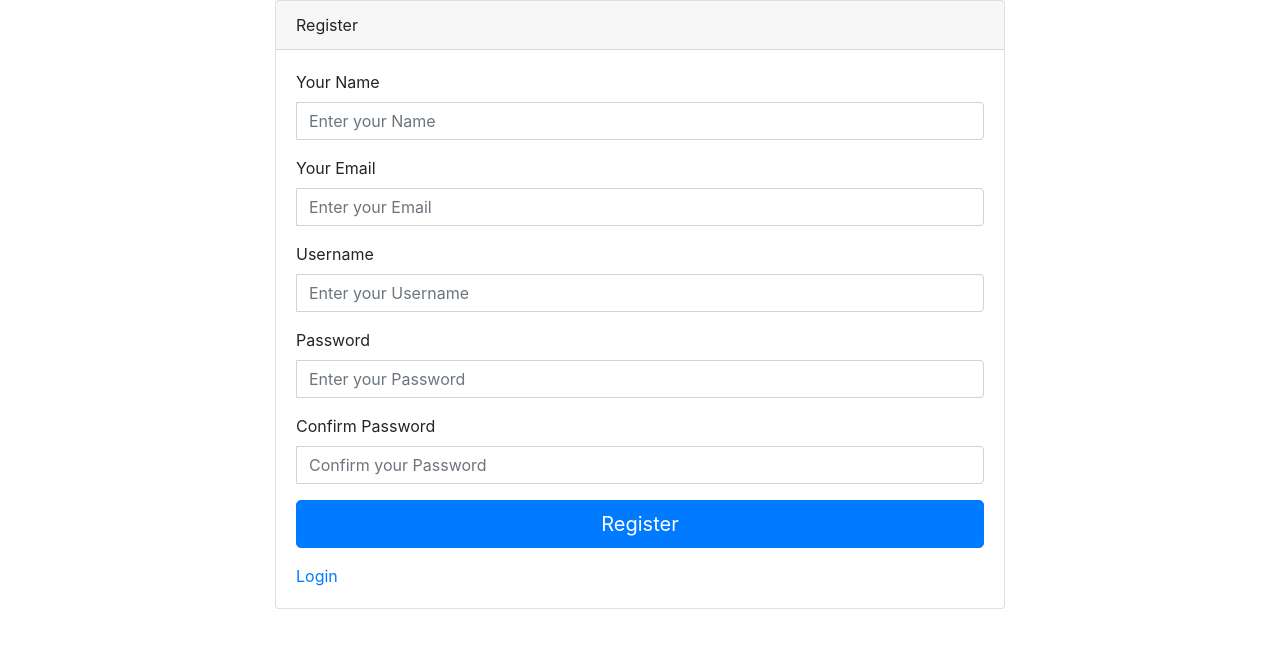
Repository: phamtailinh/webtintuc
Page: http://localhost/doicapdat/Dangky.jsp
An editor plug-in stored every save of this project. The page is shown before and after the next save, followed by the edit.
The browser window is 1280 px wide. The pictures show the whole page.
Some web libraries are served in a nearby version. The page is served by Tomcat 9.

Above is the page before, as saved 2022-01-07 08:19:35.
Console error: TypeError: Cannot read properties of undefined (reading 'fn')

After the next save:
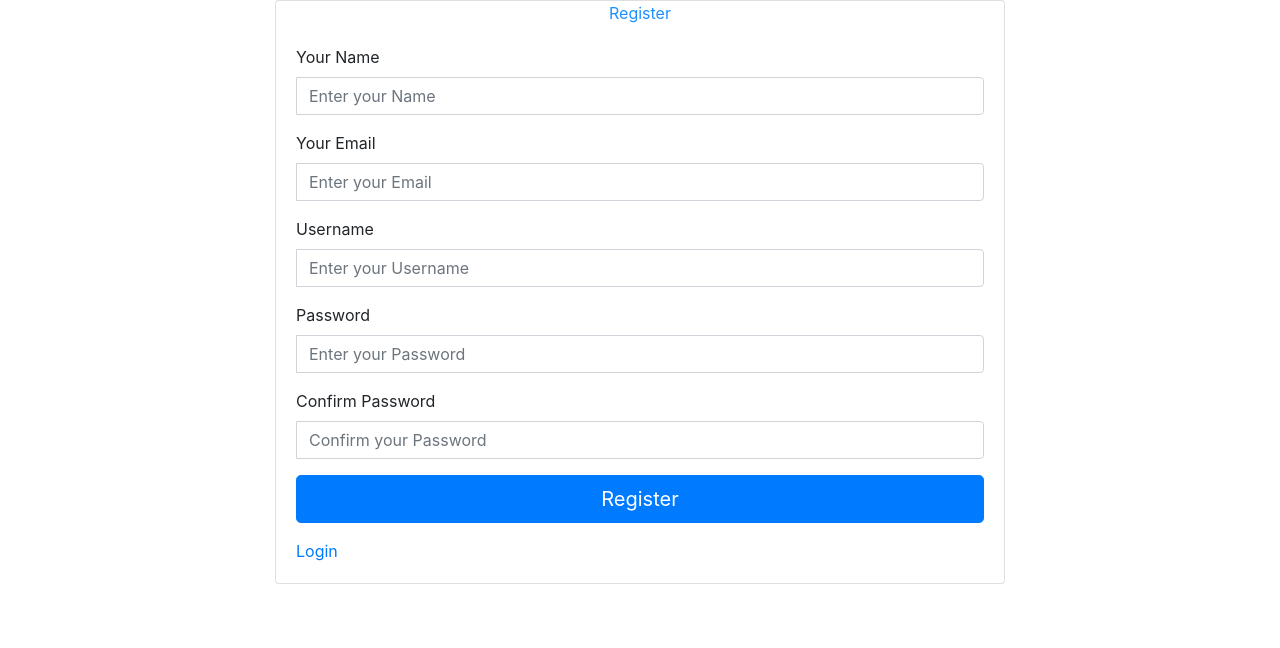
Saved 109 s later.
--- a/doicapdat/src/main/webapp/Dangky.jsp
+++ b/doicapdat/src/main/webapp/Dangky.jsp
@@ -14,7 +14,7 @@
 <div class="row justify-content-center">
                     <div class="col-md-8">
                         <div class="card">
-                            <div class="card-header">Register</div>
+                            <div style="color:#1E90FF;text-align: center;">Register</div>
                             <div class="card-body">
 
                                 <form class="form-horizontal" method="post" action="#">
